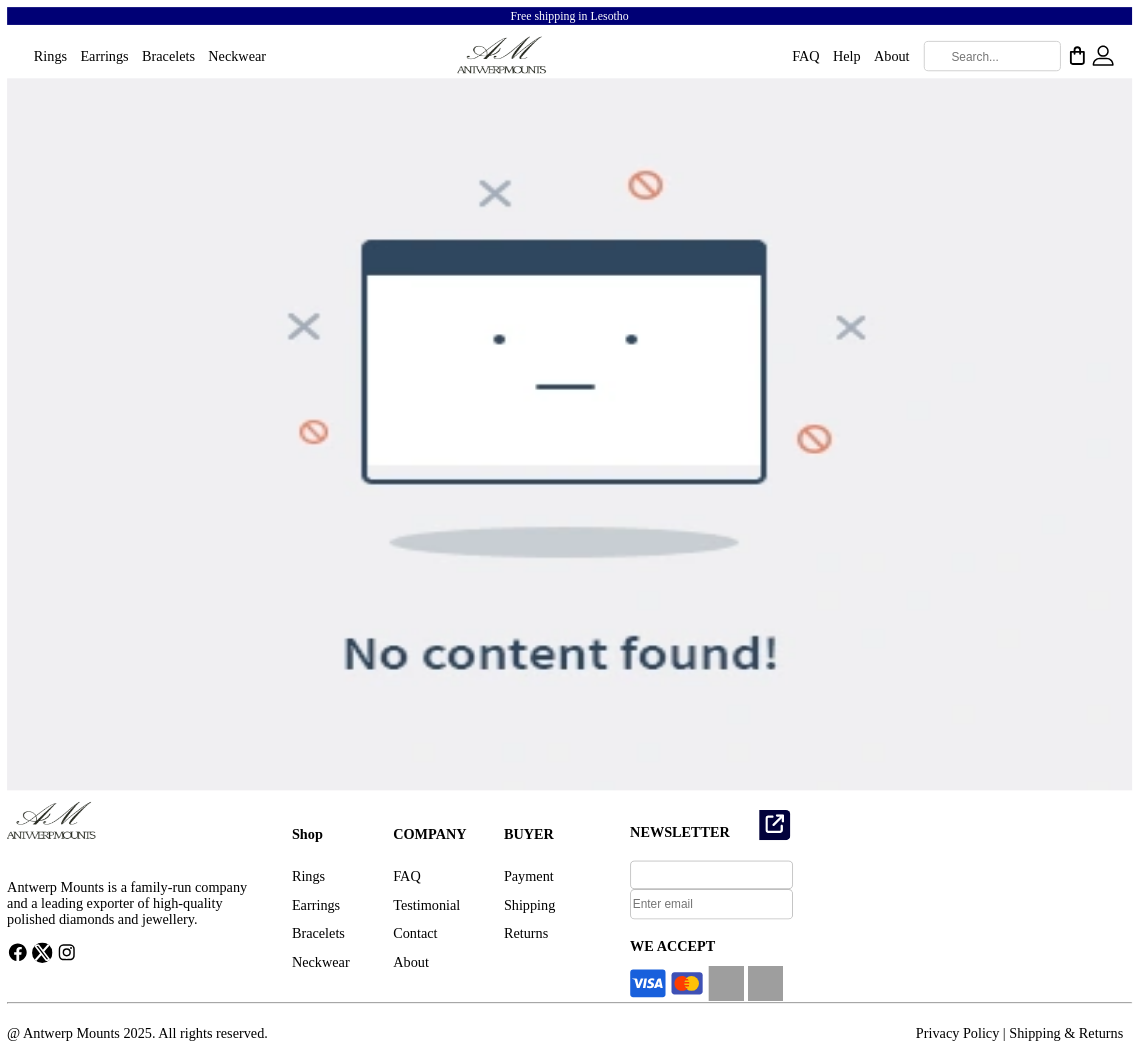
Repository: kea-0424/Web-Development-Project-1
Page: First_collaboration/JewelarySite.html
An editor plug-in stored every save of this project. The page is shown before and after a run of saves, followed by the edit.
The browser window is 1280 px wide. The pictures show the whole page, at 89% of full size.
Pictures or frames that could not be fetched are drawn as grey boxes.

Above is the page before, as saved 2025-01-23 11:23:24.

After the next 2 saves:
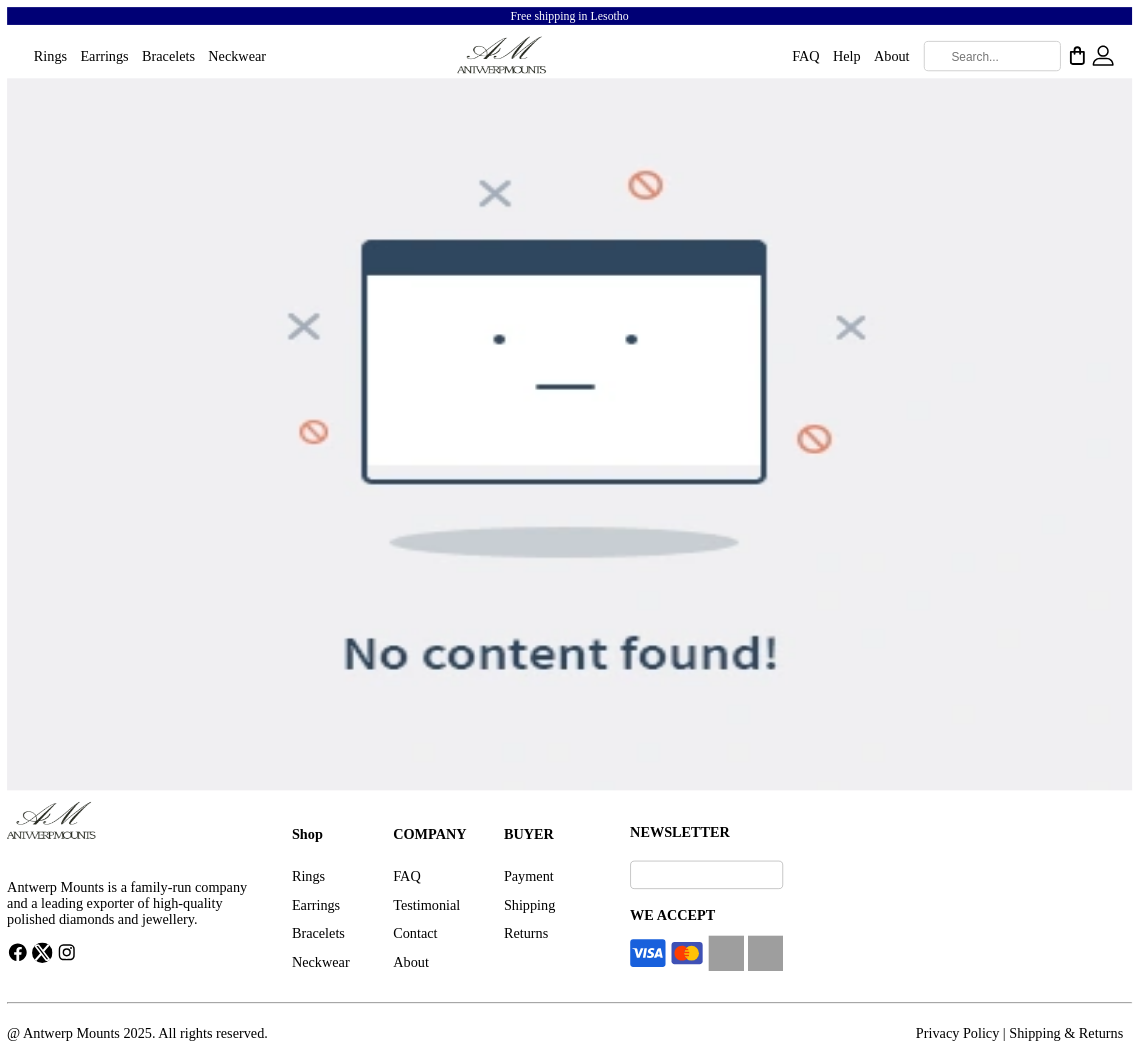
The 2 saves are shown as one change because they came seconds apart.
The last was saved 16 s later.
--- a/First_collaboration/JewelarySite.html
+++ b/First_collaboration/JewelarySite.html
@@ -96,8 +96,6 @@
                 <div class="newsletter_input">
 
                 </div>
-                <input type="text" placeholder="Enter email" class="newsletter_input">
-                <button type="submit" class="submit_btn"><img src="./arrow-up-right-from-square-solid.svg" alt="arrow"></button>
             </form>
             <h4>WE ACCEPT</h4>
             <div class="payment_methods">
